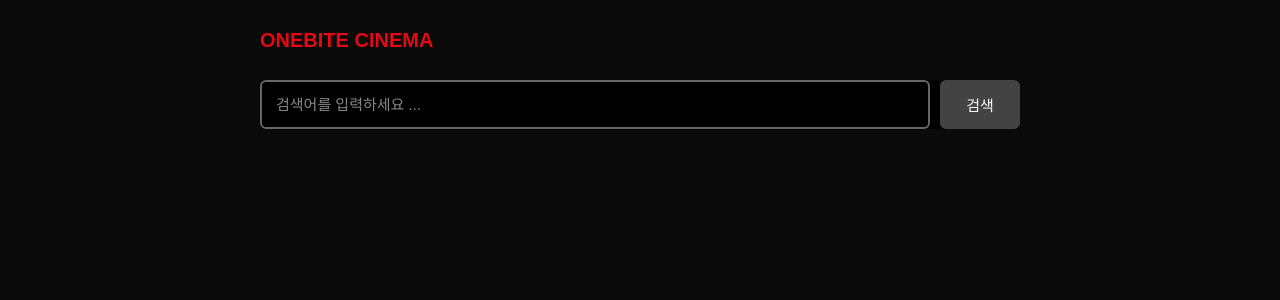
Repository: ParkSeokgyu/nextjs-study
Page: / (app in onebite-next-page-router/section02/)
These files come from the project's save history. The page is drawn as it stood at one moment and after the next save; the edit follows.
The browser window is 1280 px wide. The pictures show the whole page.
The project was rebuilt for these pictures with package versions that can differ from the ones it lists, and the page was loaded fresh each time. The framework's server and built-in components were replaced by stand-ins that run in the browser. Also part of the build but not shown: onebite-next-page-router/section02/next.config.mjs.

Above is the page before, as saved 2025-03-27 11:59:18.

### onebite-next-page-router/section02/src/pages/_app.tsx
import GlobalLayout from "@/components/global-layout";
import "@/styles/globals.css";
import { NextPage } from "next";
import type { AppProps } from "next/app";
import { ReactNode } from "react";

type NextPageWithLayout = NextPage & {
  getLayout?: (page: ReactNode) => ReactNode;
}

export default function App({
  Component,
  pageProps }
  : AppProps & {
    Component: NextPageWithLayout;
  }) {
  const getLayout =
  Component.getLayout ?? ((page: ReactNode) => page);

  return (
    <GlobalLayout>
      {getLayout(<Component {...pageProps} />)}
    </GlobalLayout>
  );
}

### onebite-next-page-router/section02/src/pages/index.tsx
import SearchableLayout from "@/components/searchable-layout";
import style from "./index.module.css"
import { ReactNode } from "react";

export default function Home() {
  return (
    <h1>
      <section>
        <h3></h3>
      </section>
    </h1>
  );
}

Home.getLayout = (page: ReactNode) => {
  return <SearchableLayout>{page}</SearchableLayout>
}

### onebite-next-page-router/section02/src/components/global-layout.tsx
import Link from "next/link";
import { ReactNode } from "react";
import style from "./global-layout.module.css";

export default function GlobalLayout({ children }: { children: ReactNode }) {
  return (
    <div className={style.container}>
      <header className={style.header}>
        <Link href={"/"}>ONEBITE CINEMA</Link>
      </header>
      <main>{children}</main>
      {/* <footer>푸터</footer> */}
    </div>
  );
}

### onebite-next-page-router/section02/src/styles/globals.css
:root {
  --background: #ffffff;
  --foreground: #171717;
}

@media (prefers-color-scheme: dark) {
  :root {
    --background: #0a0a0a;
    --foreground: #ededed;
  }
}

html,
body {
  max-width: 100vw;
  overflow-x: hidden;
}

body {
  color: var(--foreground);
  background: var(--background);
  font-family: Arial, Helvetica, sans-serif;
  -webkit-font-smoothing: antialiased;
  -moz-osx-font-smoothing: grayscale;
}

* {
  box-sizing: border-box;
  padding: 0;
  margin: 0;
}

a {
  color: inherit;
  text-decoration: none;
}

@media (prefers-color-scheme: dark) {
  html {
    color-scheme: dark;
  }
}


/* 기본 다크모드 */

:root {
  --background: #0a0a0a;
  --foreground: #ededed;

}

### onebite-next-page-router/section02/src/components/searchable-layout.tsx
import { useRouter } from "next/router";
import React, { ReactNode, useEffect, useState } from "react";
// CSS 모듈 스타일을 불러옴
import style from './searchable-layout.module.css'

/**
 * 검색 기능을 제공하는 레이아웃 컴포넌트
 * - 검색어 상태 관리
 * - 엔터키/버튼 클릭 시 페이지 이동
 * - 기존 검색어 유지
 */
export default function SearchableLayout({
  children,
}: {
  children: ReactNode;
}) {
  // Next.js의 라우터 훅
  // 페이지 이동이나 query 파라미터를 확인/변경할 때 사용
  const router = useRouter();

  // 검색어 상태
  const [search, setSearch] = useState("");

  // 라우터의 query 파라미터 중 "q"를 추출
  // (예: /search?q=hello → q = "hello")
  const q = router.query.q as string;

  // 컴포넌트가 마운트되거나 q 값이 바뀔 때,
  // search 상태를 q로 동기화
  useEffect(() => {
    setSearch(q || "");
  }, [q]);

  /**
   * 인풋이 변경될 때 실행
   * - e.target.value를 search 상태에 저장
   */
  const onChangeSearch = (e: React.ChangeEvent<HTMLInputElement>) => {
    setSearch(e.target.value);
  };

  /**
   * 검색어 제출 시 실행
   * - 현재 search 상태와 기존 q가 같으면 아무것도 하지 않음
   * - 다르면 /search?q={search}로 라우팅
   */
  const onSubmit = () => {
    if (!search || q === search) return;
    router.push(`/search?q=${search}`);
  };

  /**
   * 인풋에서 엔터키를 누를 때 실행
   * - key가 'Enter'이면 onSubmit() 호출
   */
  const onKeyDown = (e: React.KeyboardEvent<HTMLInputElement>) => {
    if (e.key === 'Enter') {
      onSubmit();
    }
  };

  return (
    <div>
      {/* 검색창 컨테이너 (CSS 모듈 스타일 사용) */}
      <div className={style.searchbar_container}>
        <input
          value={search}
          onKeyDown={onKeyDown}
          onChange={onChangeSearch}
          placeholder="검색어를 입력하세요 ..."
        />
        <button onClick={onSubmit}>
          검색
        </button>
      </div>

      {/* 자식 컴포넌트 렌더링 영역 */}
      {children}
    </div>
  );
}

### onebite-next-page-router/section02/src/components/global-layout.module.css
.container {
  max-width: 800px;
  min-height: 100vh;
  margin: 0 auto;
  padding: 0 20px;
}

.header {
  font-size: 20px;
  line-height: 40px;
  font-weight: 600;
  color: rgb(229, 9, 20);
  padding: 20px 0;

}

### onebite-next-page-router/section02/src/components/searchable-layout.module.css
.searchbar_container {
  display: flex;
  align-items: center;
  background-color: #000; /* 배경색 어둡게 */
  margin-bottom: ;
}

.searchbar_container > input {
  flex: 1;
  padding: 14px;
  border-radius: 6px;
  border: 2px solid #666; /* 흐린 회색 테두리 */
  background-color: #000; /* 배경색 어두움 */
  color: white;
  font-size: 15px;
  outline: none;
}

.searchbar_container > input::placeholder {
  color: #888;
}

.searchbar_container > button {
  margin-left: 10px;
  width: 80px;
  padding: 14px 0;
  border-radius: 6px;
  border: none;
  background-color: #434343;
  color: white;
  font-size: 15px;
  cursor: pointer;
  transition: background-color 0.2s ease;
}

.searchbar_container > button:hover {
  background-color: #444;
}

Loaded but not shown: onebite-next-page-router/section02/src/pages/_document.tsx (common file)

After the next save:
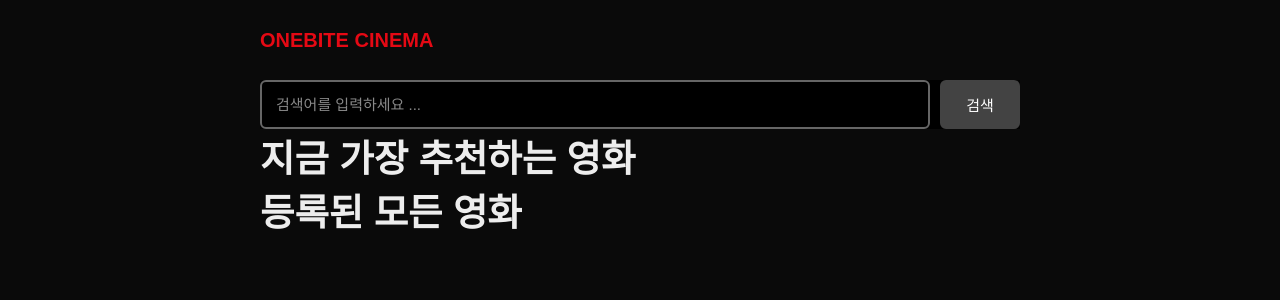
Saved 103 s later.
--- a/onebite-next-page-router/section02/src/pages/index.tsx
+++ b/onebite-next-page-router/section02/src/pages/index.tsx
@@ -6,7 +6,10 @@ export default function Home() {
   return (
     <h1>
       <section>
-        <h3></h3>
+        <h3>지금 가장 추천하는 영화</h3>
+      </section>
+      <section>
+        <h3>등록된 모든 영화</h3>
       </section>
     </h1>
   );
